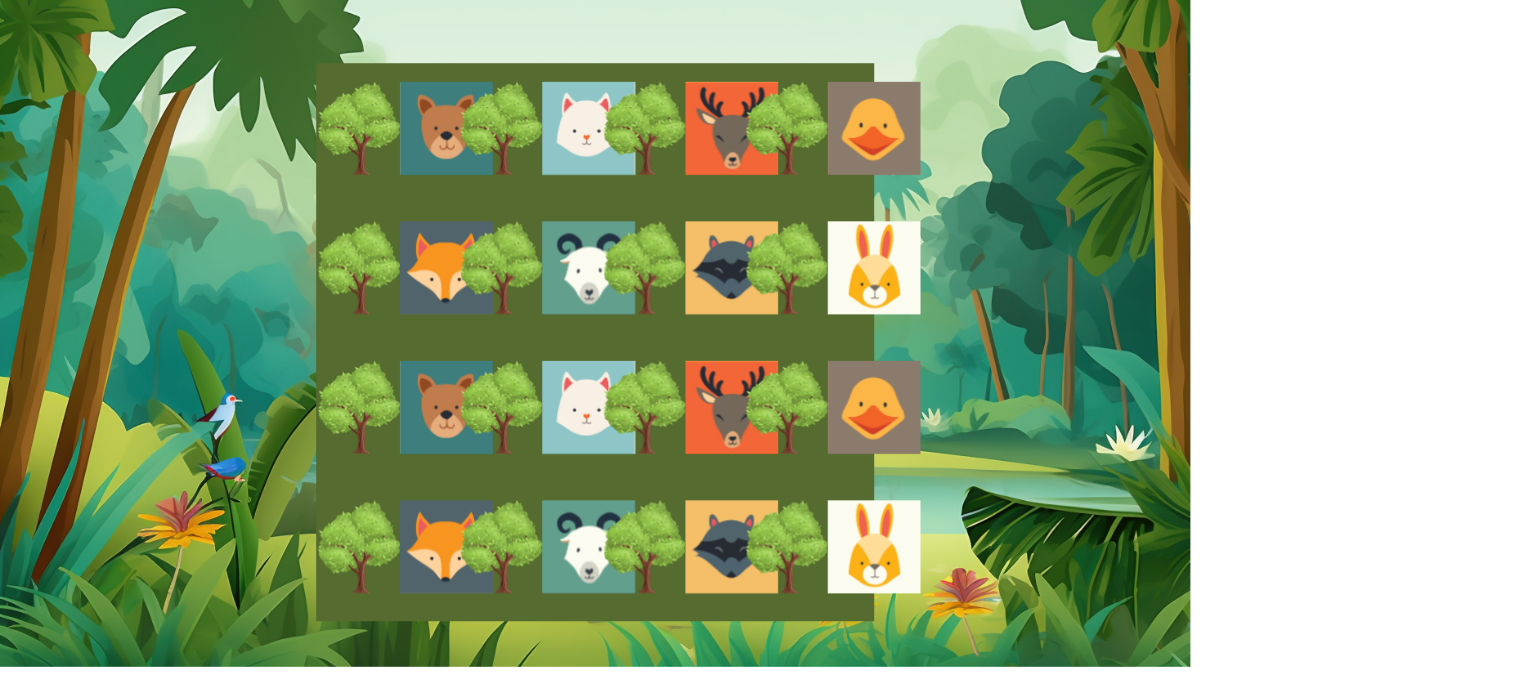
Repository: GloGlorGloria/frontend-final-project
Page: index.html
These files come from the project's save history. The page is drawn as it stood at one moment and after the next save; the edit follows.
The browser window is 1280 px wide. The page is 1280 px wide, then 1640 px, then 1280 px, so the pictures cover 1640 px, including what lies to the right of the window. The pictures show the whole page, at 93% of full size.
Some web fonts or font styles are not loaded; a fallback is used.

Above is the page before, as saved 2024-05-13 18:05:38.

After the next save:
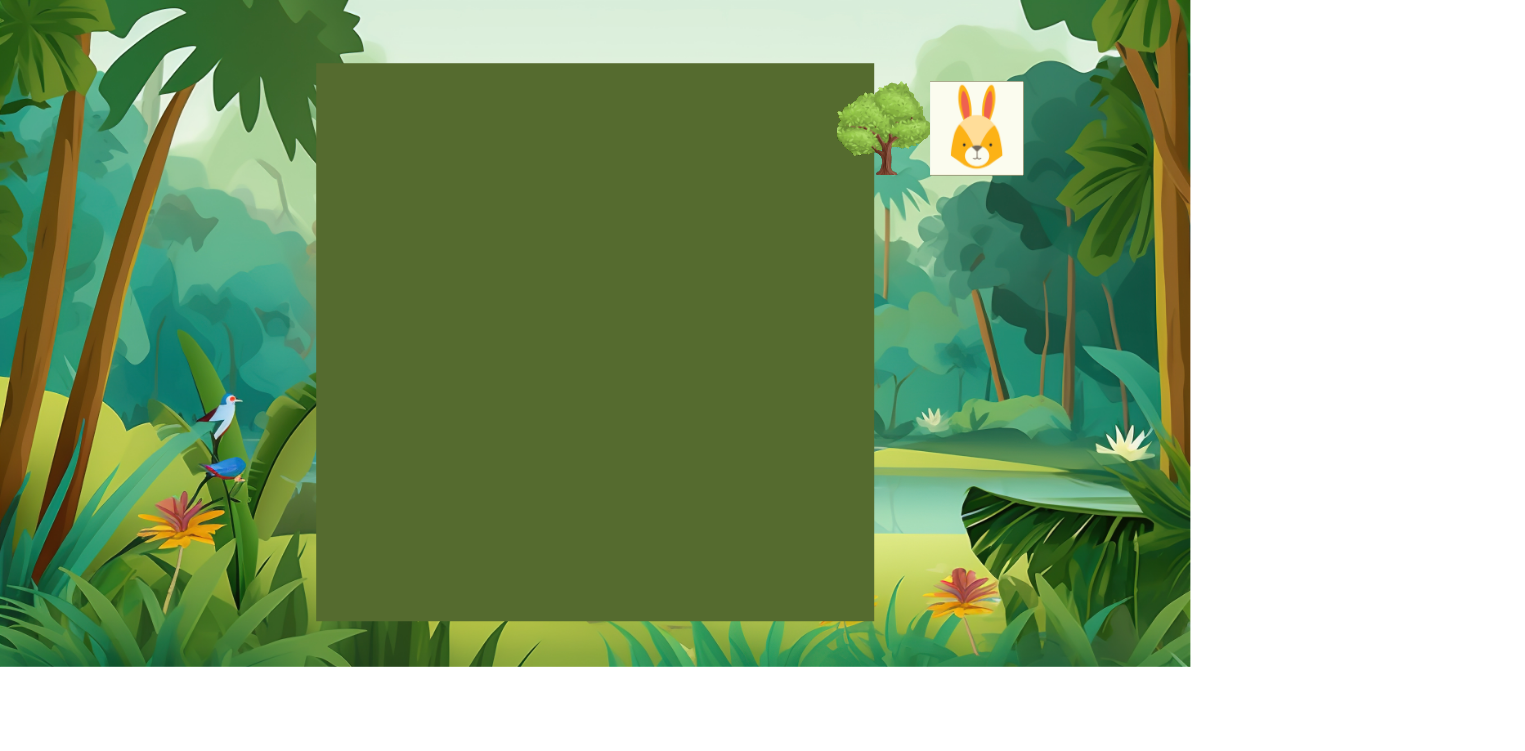
Saved 17 h 33 min later.
--- a/style.css
+++ b/style.css
@@ -59,7 +59,7 @@
 }
 
 /* this is not working */
-.cards .card .cardClosed .cardOpened{
+.cards .card {
   width:100%;
   height:100%;
   position: absolute;

After the save that followed:
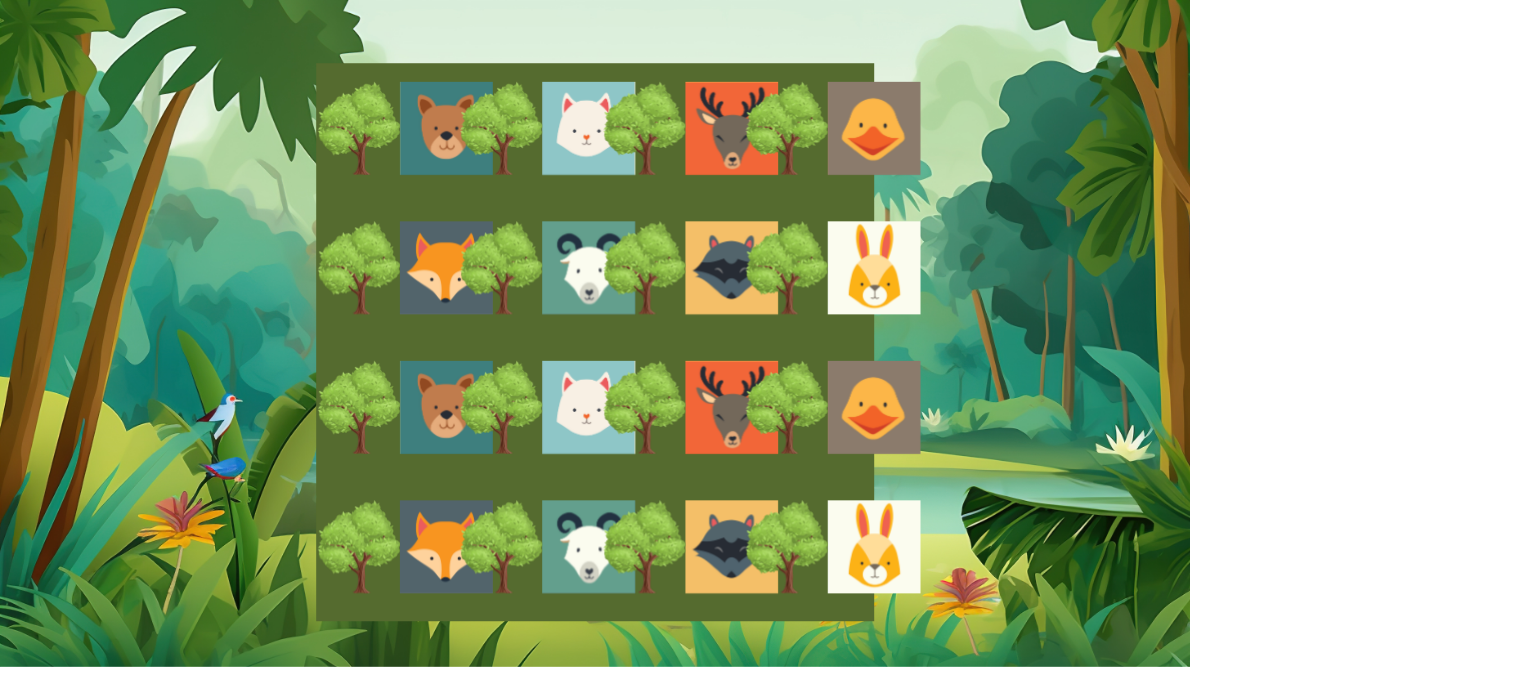
Saved 46 s later.
--- a/style.css
+++ b/style.css
@@ -49,7 +49,7 @@
   max-width: 50%;
 }
 
-.cards .card{
+.cards .card {
   cursor: pointer;
   position: relative;
   height: calc(100% /4 - 10px);
@@ -59,7 +59,7 @@
 }
 
 /* this is not working */
-.cards .card {
+.cards .card .cardClosed .cardOpened{
   width:100%;
   height:100%;
   position: absolute;
